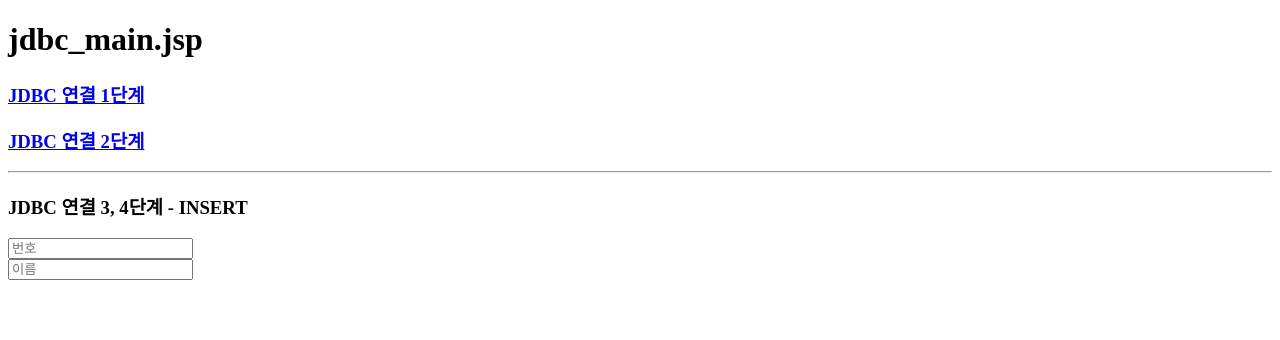
Repository: junesse-afk/ITJSP
Page: http://localhost/StudyJSP/jsp10_jdbc/jdbc_main.jsp
These files come from the project's save history. The page is drawn as it stood at one moment and after the next save; the edit follows.
The browser window is 1280 px wide. The pictures show the whole page.
The page is served by Tomcat 10.

Above is the page before, as saved 2024-11-27 03:28:06.

After the next save:
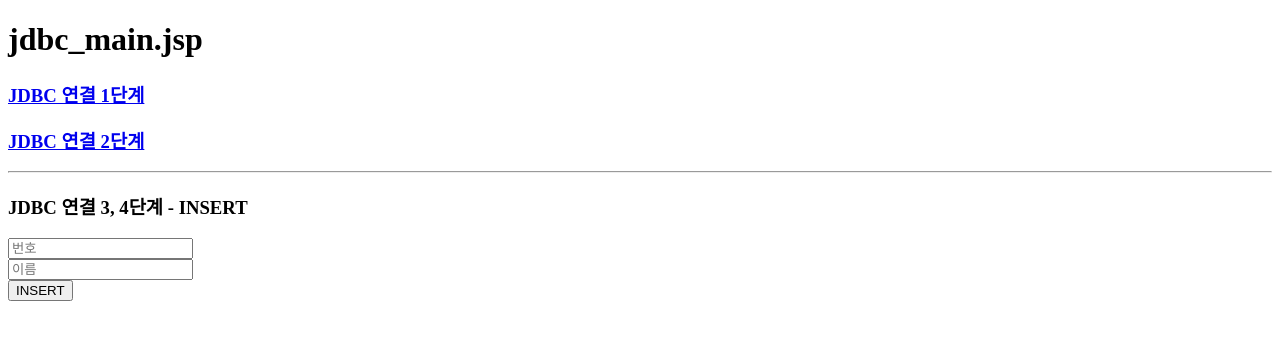
Saved 8 s later.
--- a/workspace_jsp/StudyJSP/src/main/webapp/jsp10_jdbc/jdbc_main.jsp
+++ b/workspace_jsp/StudyJSP/src/main/webapp/jsp10_jdbc/jdbc_main.jsp
@@ -17,6 +17,7 @@
 	<form action="connect3_insert.jdbc" method="post">
 		<input type="text" name="idx" placeholder="번호"><br>
 		<input type="text" name="name" placeholder="이름"><br>
+		<input type="submit" value="INSERT">
 	</form>
 
 
